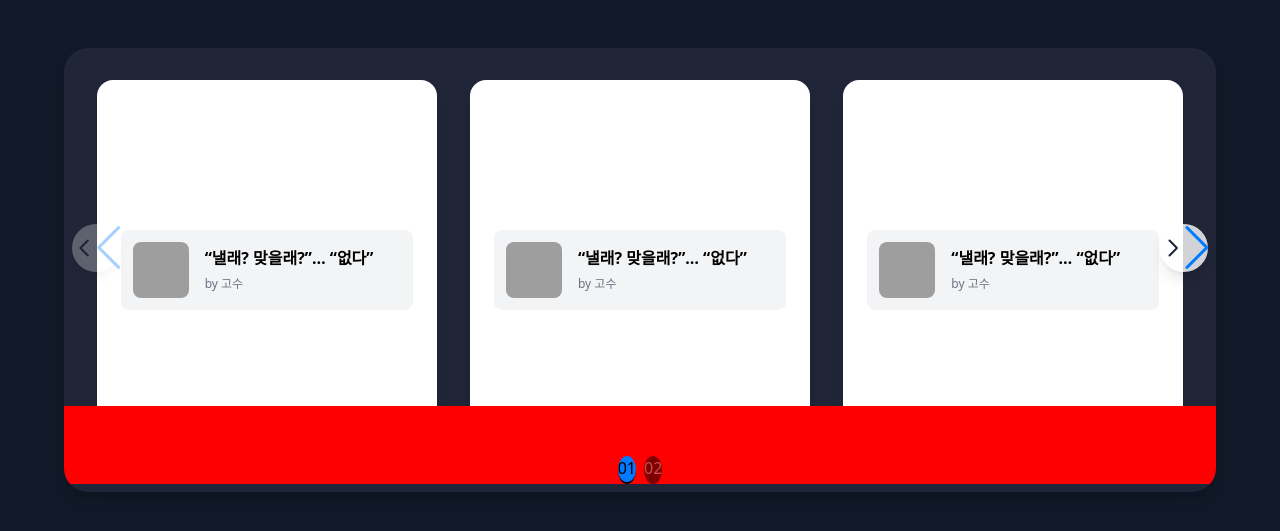
Repository: hyerim1234/travelblog
Page: html/slide2.html
These files come from the project's save history. The page is drawn as it stood at one moment and after the next save; the edit follows.
The browser window is 1280 px wide. The pictures show the whole page.
Pictures or frames that could not be fetched are drawn as grey boxes. Some web libraries are served in a nearby version.

Above is the page before, as saved 2025-06-05 13:24:49.

### html/slide2.html
<!DOCTYPE html>
<html lang="ko">
<head>
  <meta charset="UTF-8" />
  <meta name="viewport" content="width=device-width, initial-scale=1.0"/>
  <title>슬라이드 박스 그룹형 브런치 슬라이더</title>
  <script src="https://cdn.tailwindcss.com"></script>
  <link rel="stylesheet" href="https://unpkg.com/swiper/swiper-bundle.min.css" />
  <style>
    .swiper-container { overflow: hidden; }
    .swiper-pagination {
      display: flex !important;
      justify-content: center;
      /* margin-top: 1.5rem !important; */
    background-color: red;
      padding-top: 50px !important;
    }
    .swiper-pagination-bullet {
      width: auto;
      height: auto;
      opacity: 0.5;
      color: #999;
      margin: 0 0.25rem;
      font-size: 1rem;
      padding-bottom: 0.15rem;
      cursor: pointer;
      border-radius: auto;
    }
    .swiper-pagination-bullet-active {
      opacity: 1;
      color: #000;
      border-bottom: 2px solid #000;
    }
    .swiper-button-prev, .swiper-button-next {
      top: 50% !important;
      transform: translateY(-50%);
    }
  </style>
</head>
<body class="bg-gray-900">

  <section class="py-12 overflow-x-hidden">
    <div class="container mx-auto px-4">
      <div class="flex justify-center">
        <!-- 3개 슬라이드+네비를 감싸는 긴 배경 박스 -->
        <div class="relative w-full max-w-6xl bg-[#202537] rounded-3xl shadow-lg px-8 py-8 overflow-hidden">
          <div class="swiper-container">
            <div class="swiper-wrapper">
              <!-- ...슬라이드 반복(아래 예시) -->
              <div class="swiper-slide flex justify-center">
                <div class="bg-white rounded-2xl shadow-lg w-[340px] h-[380px] flex flex-col justify-center gap-4 p-6">
                  <!-- 카드 내용... -->
                  <div class="flex items-center gap-4 bg-gray-100 rounded-lg p-3">
                    <img src="https://picsum.photos/id/1069/60/60" class="rounded-lg w-14 h-14 object-cover" />
                    <div>
                      <p class="font-semibold">“낼래? 맞을래?”… “없다”</p>
                      <span class="text-xs text-gray-500">by 고수</span>
                    </div>
                  </div>
                  <!-- ...이하 동일하게 카드 채우기 -->
                </div>
              </div>
              <!-- 슬라이드 박스 2~6... 동일하게 복붙 -->
               <div class="swiper-slide flex justify-center">
                <div class="bg-white rounded-2xl shadow-lg w-[340px] h-[380px] flex flex-col justify-center gap-4 p-6">
                  <!-- 카드 내용... -->
                  <div class="flex items-center gap-4 bg-gray-100 rounded-lg p-3">
                    <img src="https://picsum.photos/id/1069/60/60" class="rounded-lg w-14 h-14 object-cover" />
                    <div>
                      <p class="font-semibold">“낼래? 맞을래?”… “없다”</p>
                      <span class="text-xs text-gray-500">by 고수</span>
                    </div>
                  </div>
                  <!-- ...이하 동일하게 카드 채우기 -->
                </div>
              </div>
              <div class="swiper-slide flex justify-center">
                <div class="bg-white rounded-2xl shadow-lg w-[340px] h-[380px] flex flex-col justify-center gap-4 p-6">
                  <!-- 카드 내용... -->
                  <div class="flex items-center gap-4 bg-gray-100 rounded-lg p-3">
                    <img src="https://picsum.photos/id/1069/60/60" class="rounded-lg w-14 h-14 object-cover" />
                    <div>
                      <p class="font-semibold">“낼래? 맞을래?”… “없다”</p>
                      <span class="text-xs text-gray-500">by 고수</span>
                    </div>
                  </div>
                  <!-- ...이하 동일하게 카드 채우기 -->
                </div>
              </div>

              <div class="swiper-slide flex justify-center">
                <div class="bg-white rounded-2xl shadow-lg w-[340px] h-[380px] flex flex-col justify-center gap-4 p-6">
                  <!-- 카드 내용... -->
                  <div class="flex items-center gap-4 bg-gray-100 rounded-lg p-3">
                    <img src="https://picsum.photos/id/1069/60/60" class="rounded-lg w-14 h-14 object-cover" />
                    <div>
                      <p class="font-semibold">“낼래? 맞을래?”… “없다”</p>
                      <span class="text-xs text-gray-500">by 고수</span>
                    </div>
                  </div>
                  <!-- ...이하 동일하게 카드 채우기 -->
                </div>
              </div>

              <div class="swiper-slide flex justify-center">
                <div class="bg-white rounded-2xl shadow-lg w-[340px] h-[380px] flex flex-col justify-center gap-4 p-6">
                  <!-- 카드 내용... -->
                  <div class="flex items-center gap-4 bg-gray-100 rounded-lg p-3">
                    <img src="https://picsum.photos/id/1069/60/60" class="rounded-lg w-14 h-14 object-cover" />
                    <div>
                      <p class="font-semibold">“낼래? 맞을래?”… “없다”</p>
                      <span class="text-xs text-gray-500">by 고수</span>
                    </div>
                  </div>
                  <!-- ...이하 동일하게 카드 채우기 -->
                </div>
              </div>

              <div class="swiper-slide flex justify-center">
                <div class="bg-white rounded-2xl shadow-lg w-[340px] h-[380px] flex flex-col justify-center gap-4 p-6">
                  <!-- 카드 내용... -->
                  <div class="flex items-center gap-4 bg-gray-100 rounded-lg p-3">
                    <img src="https://picsum.photos/id/1069/60/60" class="rounded-lg w-14 h-14 object-cover" />
                    <div>
                      <p class="font-semibold">“낼래? 맞을래?”… “없다”</p>
                      <span class="text-xs text-gray-500">by 고수</span>
                    </div>
                  </div>
                  <!-- ...이하 동일하게 카드 채우기 -->
                </div>
              </div>
              <!-- ... -->
            </div>
            <!-- 네비/페이지네이션은 swiper-container 안쪽에 위치 -->
            <button class="swiper-button-prev absolute top-1/2 left-2 z-10 w-12 h-12 bg-white bg-opacity-80 hover:bg-opacity-100 rounded-full flex items-center justify-center shadow-lg" aria-label="Previous slide">
              <svg xmlns="http://www.w3.org/2000/svg" class="w-6 h-6 text-gray-800" fill="none" viewBox="0 0 24 24" stroke="currentColor">
                <path stroke-linecap="round" stroke-linejoin="round" stroke-width="2" d="M15 19l-7-7 7-7" />
              </svg>
            </button>
            <button class="swiper-button-next absolute top-1/2 right-2 z-10 w-12 h-12 bg-white bg-opacity-80 hover:bg-opacity-100 rounded-full flex items-center justify-center shadow-lg" aria-label="Next slide">
              <svg xmlns="http://www.w3.org/2000/svg" class="w-6 h-6 text-gray-800" fill="none" viewBox="0 0 24 24" stroke="currentColor">
                <path stroke-linecap="round" stroke-linejoin="round" stroke-width="2" d="M9 5l7 7-7 7" />
              </svg>
            </button>
            <div class="swiper-pagination"></div>
          </div>
        </div>
      </div>
    </div>
  </section>

  <script src="https://unpkg.com/swiper/swiper-bundle.min.js"></script>
  <script>
    const swiper = new Swiper('.swiper-container', {
      slidesPerView: 3,
      slidesPerGroup: 3,
      spaceBetween: 32,
      centeredSlides: false,
      navigation: {
        nextEl: '.swiper-button-next',
        prevEl: '.swiper-button-prev',
      },
      pagination: {
        el: '.swiper-pagination',
        clickable: true,
        renderBullet: (idx, className) => {
          const num = idx+1 < 10 ? '0'+(idx+1) : (idx+1);
          return `<span class="${className}">${num}</span>`;
        },
      },
      breakpoints: {
        1280: { slidesPerView: 3, slidesPerGroup: 3, spaceBetween: 32 },
        1024: { slidesPerView: 2, slidesPerGroup: 2, spaceBetween: 24 },
        640:  { slidesPerView: 1, slidesPerGroup: 1, spaceBetween: 16 },
      },
    });
  </script>
</body>
</html>

After the next save:
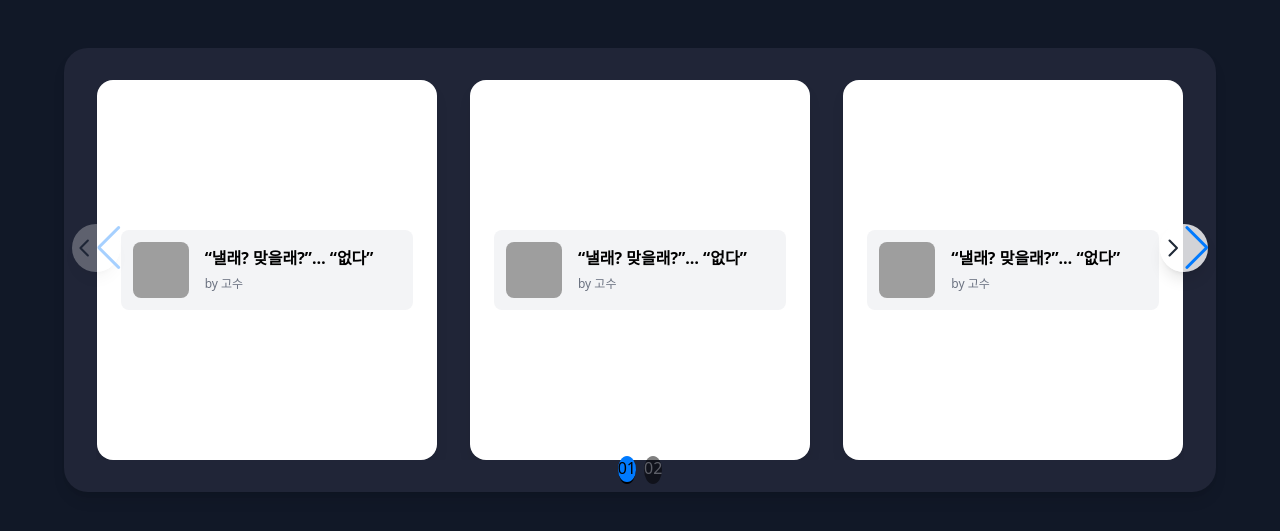
Saved 5 s later.
--- a/html/slide2.html
+++ b/html/slide2.html
@@ -12,7 +12,7 @@
       display: flex !important;
       justify-content: center;
       /* margin-top: 1.5rem !important; */
-    background-color: red;
+    /* background-color: red; */
       padding-top: 50px !important;
     }
     .swiper-pagination-bullet {

After the save that followed:
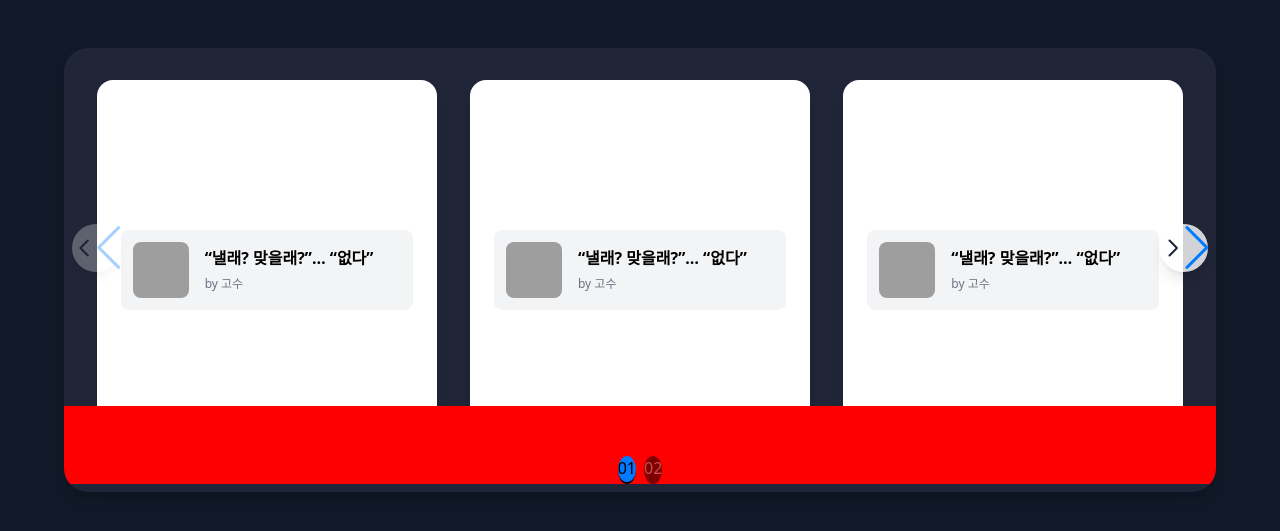
Saved 32 s later.
--- a/html/slide2.html
+++ b/html/slide2.html
@@ -12,7 +12,7 @@
       display: flex !important;
       justify-content: center;
       /* margin-top: 1.5rem !important; */
-    /* background-color: red; */
+    background-color: red;
       padding-top: 50px !important;
     }
     .swiper-pagination-bullet {
